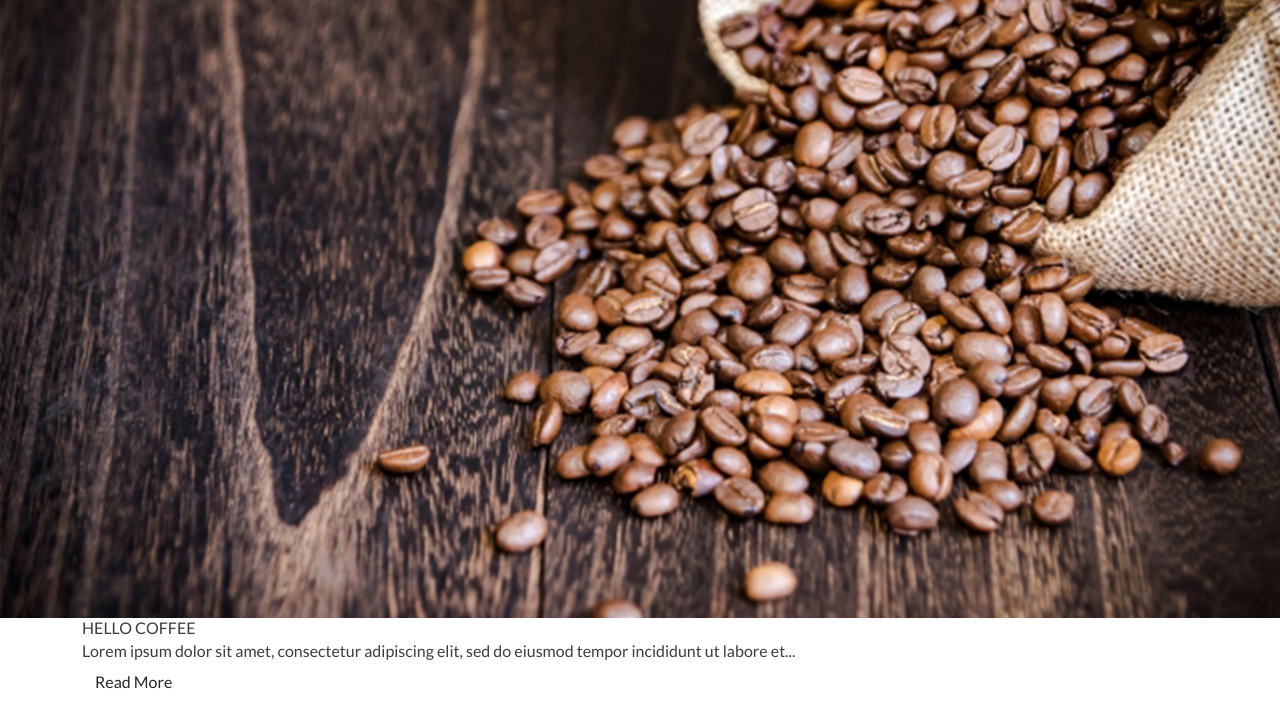
Repository: kuluong2000/coffe
Page: index.html
An editor plug-in stored every save of this project. The page is shown before and after the next save, followed by the edit.
The browser window is 1280 px wide. The pictures show the whole page.

Above is the page before, as saved 2021-10-01 15:22:16.

### index.html
<!DOCTYPE html>
<html lang="en">
  <head>
    <meta charset="UTF-8" />
    <meta http-equiv="X-UA-Compatible" content="IE=edge" />
    <meta name="viewport" content="width=device-width, initial-scale=1.0" />
    <link rel="stylesheet" href="./libs/css/bootstrap.min.css" />
    <link rel="stylesheet" href="./libs/css/animate.css" />
    <link rel="stylesheet" href="./libs/css/slick-theme.css" />
    <link rel="stylesheet" href="./libs/css/slick.css" />
    <link rel="stylesheet" href="./Assets/css/reset.css" />
    <link rel="stylesheet" href="./Assets/css/style.css" />
    <link rel="stylesheet" href="./Assets/css/responsive.css" />
    <title>Document</title>
  </head>
  <body>
    <header class="header">
      <div class="container">
        <div class="row">
          <div class="header-main">
            <div class="header-menu">
              <a href="#">
                <img src="./Assets/image/logo.png" alt="" srcset="" />
              </a>
            </div>
            <nav>
              <ul class="header-menu">
                <li class="header-menu-item"><a href="#" class="header-menu-link">Home</a></li>
                <li class="header-menu-item"><a href="#" class="header-menu-link">Our Story</a></li>
                <li class="header-menu-item"><a href="#" class="header-menu-link">Menu</a></li>
                <li class="header-menu-item"><a href="#" class="header-menu-link">Order</a></li>
                <li class="header-menu-item"><a href="#" class="header-menu-link">About Us</a></li>
                <li class="header-menu-item"><a href="#" class="header-menu-link">Contact</a></li>
                <li class="header-menu-item"><a href="#" class="header-menu-link">Cart</a></li>
              </ul>
            </nav>
          </div>
        </div>
      </div>
    </header>
    <main>
      <section class="banner">
        <div class="banner-img">
          <img src="./Assets/image/banner.jpg" alt="" srcset="" />
        </div>
        <div class="container">
          <div class="row">
            <div class="banner-main">
              <div class="banner-content">
                <h1 class="banner-heading">HELLO COFFEE</h1>
                <p class="banner-desc">Lorem ipsum dolor sit amet, consectetur adipiscing elit, sed do eiusmod tempor incididunt ut labore et...</p>
                <a href="#" class="btn"> Read More </a>
              </div>
            </div>
          </div>
        </div>
      </section>
    </main>

    <script src="./libs/Js/jquery-3.5.1.slim.min.js"></script>
    <script src="./libs/Js/bootstrap.min.js"></script>
    <script src="./libs/Js/slick.min.js"></script>
    <script src="./libs/Js/wow.js"></script>
  </body>
</html>

### Assets/css/reset.css
html, body, div, span, applet, object, iframe,
h1, h2, h3, h4, h5, h6, p, blockquote, pre,
a, abbr, acronym, address, big, cite, code,
del, dfn, em, img, ins, kbd, q, s, samp,
small, strike, strong, sub, sup, tt, var,
b, u, i, center,
dl, dt, dd, ol, ul, li,
fieldset, form, label, legend,
table, caption, tbody, tfoot, thead, tr, th, td,
article, aside, canvas, details, embed,
figure, figcaption, footer, header, hgroup,
menu, nav, output, ruby, section, summary,
time, mark, audio, video {
	margin: 0;
	padding: 0;
	border: 0;
	font-size: 100%;
	vertical-align: baseline;
}
/* HTML5 display-role reset for older browsers */
article, aside, details, figcaption, figure,
footer, header, hgroup, menu, nav, section {
	display: block;
}
* {
	box-sizing: border-box;
}
body {
	line-height: 1;
  font-family: 'Muli', sans-serif;


  font-style: normal;
  font-weight: normal;
  font-size: 16px;
  line-height: 32px;
}
ol, ul {
	list-style: none;
}
blockquote, q {
	quotes: none;
}
blockquote:before, blockquote:after,
q:before, q:after {
	content: '';
	content: none;
}
table {
	border-collapse: collapse;
	border-spacing: 0;
}

img {
  max-width: 100%;
	vertical-align: bottom;
}
a {
	outline: none;
}

### Assets/css/style.css
@import url('https://fonts.googleapis.com/css2?family=Lato:ital,wght@0,400;0,700;0,900;1,300;1,400;1,700;1,900&display=swap');
body{
    font-family: 'Lato', sans-serif;
    font-size: 16px;
    line-height: 1.6;
    color: #3d3d3d;
    font-weight: 400;
}
.header{
    position: absolute;
    width: 100%;
    background-color: rgba(0,0,0 , 0.5);
    padding: 20px 0 20px;
}
.header-main{
    display:flex;
    justify-content: space-between;
    align-items: center;
}
.header-menu{
    display:flex;
    justify-content: space-between;
    align-items: center;
}
.header-menu-item{
    list-style-type: none;
}
.header-menu-item:not(:first-child){
    margin-left: 25px;
}
.header-menu-link{
    position: relative;
    color: white;
    text-transform: uppercase;
    text-decoration: none;
    font-size: 12px;
    padding-bottom: 7px;

}
.header-menu-link::before{
    content: '';
    position: absolute;
    bottom: 0;
    left:  0;
    height: 2px;
    width: 100%;
    background-color: #c3a281;
    transform: scale(0);
    transition: 0.5s;
    transform-origin: right;
}
.header-menu-link:hover,
.header-menu-link:hover::before{
    color: #c3a281;
    transform: scale(1);
}
.banner{
    position: relative;
    min-height: 660px;
}

### Assets/css/responsive.css
@media (min-width:1400px){
    .container{
        max-width: 1170px;
    }
}

Loaded but not shown: libs/css/bootstrap.min.css (library); libs/css/animate.css (library); libs/css/slick-theme.css (library); libs/css/slick.css (common file); libs/Js/jquery-3.5.1.slim.min.js (library); libs/Js/bootstrap.min.js (library); libs/Js/slick.min.js (library); libs/Js/wow.js (library)

After the next save:
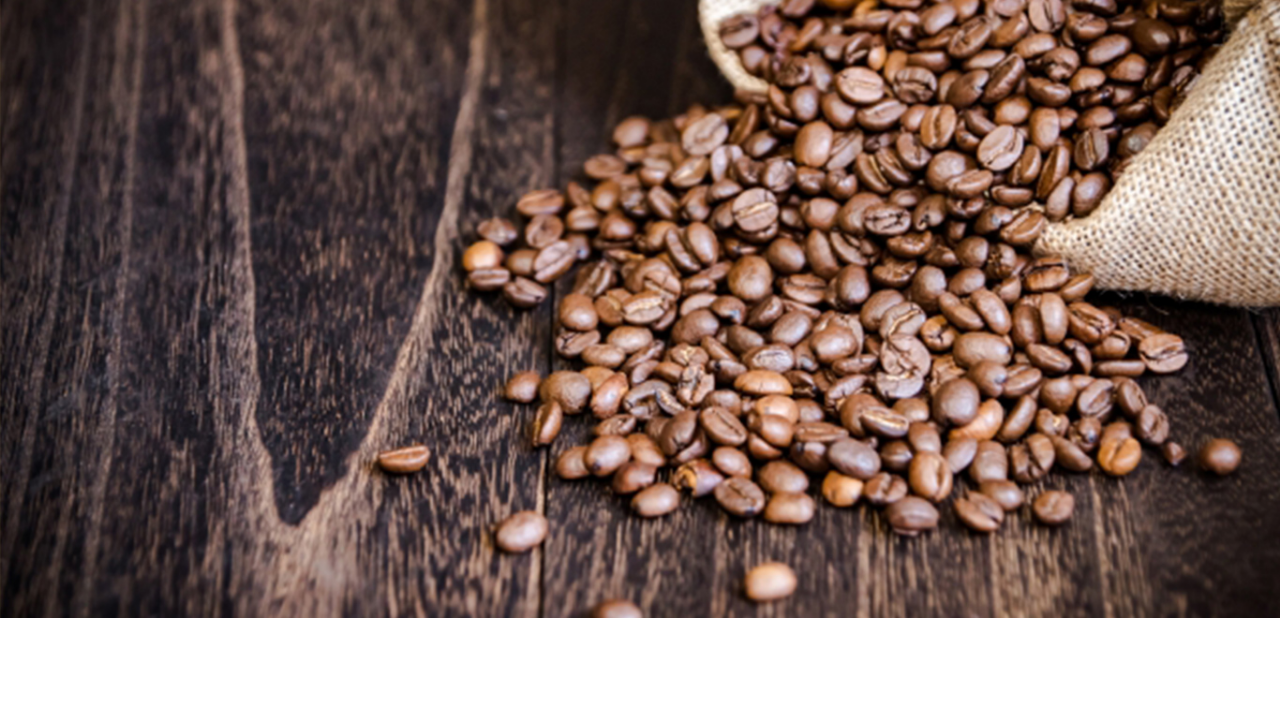
Saved 19 s later.
--- a/Assets/css/style.css
+++ b/Assets/css/style.css
@@ -58,3 +58,6 @@ body{
     position: relative;
     min-height: 660px;
 }
+.banner-img{
+    position: absolute;
+}
